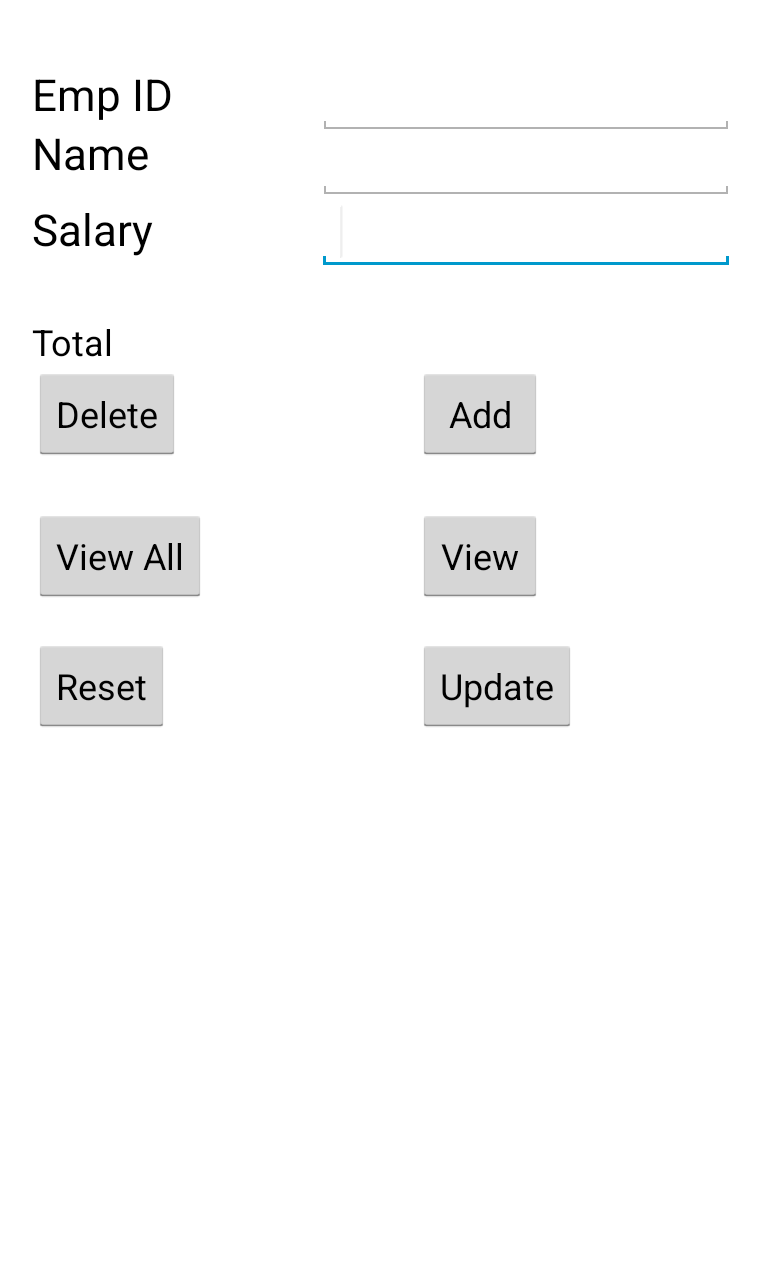
Repository: vinothknr1/aamec-mad-lab
Layout: Ex-4-Database-App/res/layout/activity_main.xml
These files come from the project's save history. The layout is drawn as it stood at one moment and after the next save; the edit follows.
It is drawn on a 768 x 1280 px phone screen (xhdpi) without system bars, with theme AppTheme; the app's code is not run.

Above is the layout before, as saved 2022-04-26 09:27:40.

### Ex-4-Database-App/res/layout/activity_main.xml
<RelativeLayout xmlns:android="http://schemas.android.com/apk/res/android"
    xmlns:tools="http://schemas.android.com/tools"
    android:layout_width="match_parent"
    android:layout_height="match_parent"
    android:paddingBottom="@dimen/activity_vertical_margin"
    android:paddingLeft="@dimen/activity_horizontal_margin"
    android:paddingRight="@dimen/activity_horizontal_margin"
    android:paddingTop="@dimen/activity_vertical_margin"
    tools:context=".MainActivity" >

    <Button
        android:id="@+id/button3"
        android:layout_width="wrap_content"
        android:layout_height="wrap_content"
        android:layout_alignRight="@+id/button1"
        android:layout_below="@+id/button1"
        android:layout_marginTop="23dp"
        android:text="View" />

    <Button
        android:id="@+id/button4"
        android:layout_width="wrap_content"
        android:layout_height="wrap_content"
        android:layout_alignBaseline="@+id/button3"
        android:layout_alignBottom="@+id/button3"
        android:layout_alignLeft="@+id/button2"
        android:text="View All" />

    <Button
        android:id="@+id/button6"
        android:layout_width="wrap_content"
        android:layout_height="wrap_content"
        android:layout_alignBaseline="@+id/button5"
        android:layout_alignBottom="@+id/button5"
        android:layout_alignLeft="@+id/button4"
        android:text="Reset" />

    <TextView
        android:id="@+id/textView1"
        android:layout_width="wrap_content"
        android:layout_height="wrap_content"
        android:layout_alignLeft="@+id/textView2"
        android:layout_alignParentTop="true"
        android:layout_marginTop="16dp"
        android:text="Emp ID"
        android:textAppearance="?android:attr/textAppearanceLarge" />

    <Button
        android:id="@+id/button2"
        android:layout_width="wrap_content"
        android:layout_height="wrap_content"
        android:layout_alignBaseline="@+id/button1"
        android:layout_alignBottom="@+id/button1"
        android:layout_marginRight="30dp"
        android:text="Delete" />

    <Button
        android:id="@+id/button5"
        android:layout_width="wrap_content"
        android:layout_height="wrap_content"
        android:layout_alignLeft="@+id/button3"
        android:layout_below="@+id/button3"
        android:layout_marginTop="17dp"
        android:text="Update" />

    <Button
        android:id="@+id/button1"
        android:layout_width="wrap_content"
        android:layout_height="wrap_content"
        android:layout_below="@+id/editTex3"
        android:layout_marginLeft="50dp"
        android:layout_marginTop="47dp"
        android:layout_toRightOf="@+id/textView2"
        android:text="Add" />

    <EditText
        android:id="@+id/editTex3"
        android:layout_width="wrap_content"
        android:layout_height="wrap_content"
        android:layout_alignBaseline="@+id/textView3"
        android:layout_alignBottom="@+id/textView3"
        android:layout_alignParentRight="true"
        android:ems="10" >

        <requestFocus />
    </EditText>

    <TextView
        android:id="@+id/textView3"
        android:layout_width="wrap_content"
        android:layout_height="wrap_content"
        android:layout_alignLeft="@+id/button2"
        android:layout_below="@+id/textView1"
        android:layout_marginTop="38dp"
        android:text="Salary"
        android:textAppearance="?android:attr/textAppearanceLarge" />

    <TextView
        android:id="@+id/textView2"
        android:layout_width="wrap_content"
        android:layout_height="wrap_content"
        android:layout_above="@+id/editTex3"
        android:layout_alignLeft="@+id/textView3"
        android:layout_below="@+id/textView1"
        android:layout_toLeftOf="@+id/editTex1"
        android:text="Name"
        android:textAppearance="?android:attr/textAppearanceLarge" />

    <EditText
        android:id="@+id/editTex1"
        android:layout_width="wrap_content"
        android:layout_height="wrap_content"
        android:layout_alignBaseline="@+id/textView1"
        android:layout_alignBottom="@+id/textView1"
        android:layout_alignLeft="@+id/editTex3"
        android:ems="10" />

    <EditText
        android:id="@+id/editTex2"
        android:layout_width="wrap_content"
        android:layout_height="wrap_content"
        android:layout_alignParentRight="true"
        android:layout_alignTop="@+id/textView2"
        android:ems="10" />

    <TextView
        android:id="@+id/textView4"
        android:layout_width="wrap_content"
        android:layout_height="wrap_content"
        android:layout_above="@+id/button2"
        android:layout_alignLeft="@+id/button2"
        android:text="Total"
        android:textAppearance="?android:attr/textAppearanceMedium" />

</RelativeLayout>

Loaded but not shown: Ex-4-Database-App/res/values/styles.xml (common file); Ex-4-Database-App/res/values-v11/styles.xml (common file); Ex-4-Database-App/res/values-v14/styles.xml (common file); Ex-4-Database-App/res/values/dimens.xml (common file)

After the next save:
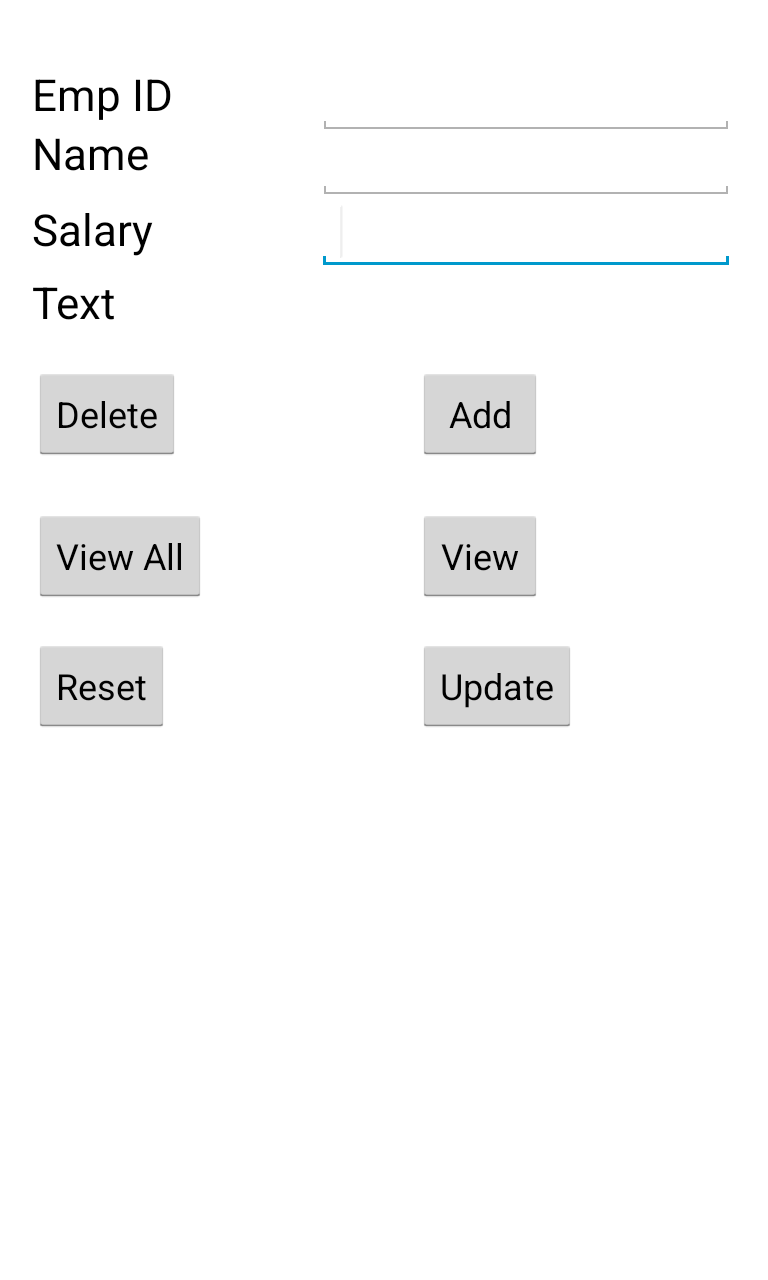
Saved 30 s later.
--- a/Ex-4-Database-App/res/layout/activity_main.xml
+++ b/Ex-4-Database-App/res/layout/activity_main.xml
@@ -127,9 +127,9 @@
         android:id="@+id/textView4"
         android:layout_width="wrap_content"
         android:layout_height="wrap_content"
-        android:layout_above="@+id/button2"
         android:layout_alignLeft="@+id/button2"
-        android:text="Total"
-        android:textAppearance="?android:attr/textAppearanceMedium" />
+        android:layout_below="@+id/editTex3"
+        android:text="Text"
+        android:textAppearance="?android:attr/textAppearanceLarge" />
 
 </RelativeLayout>
